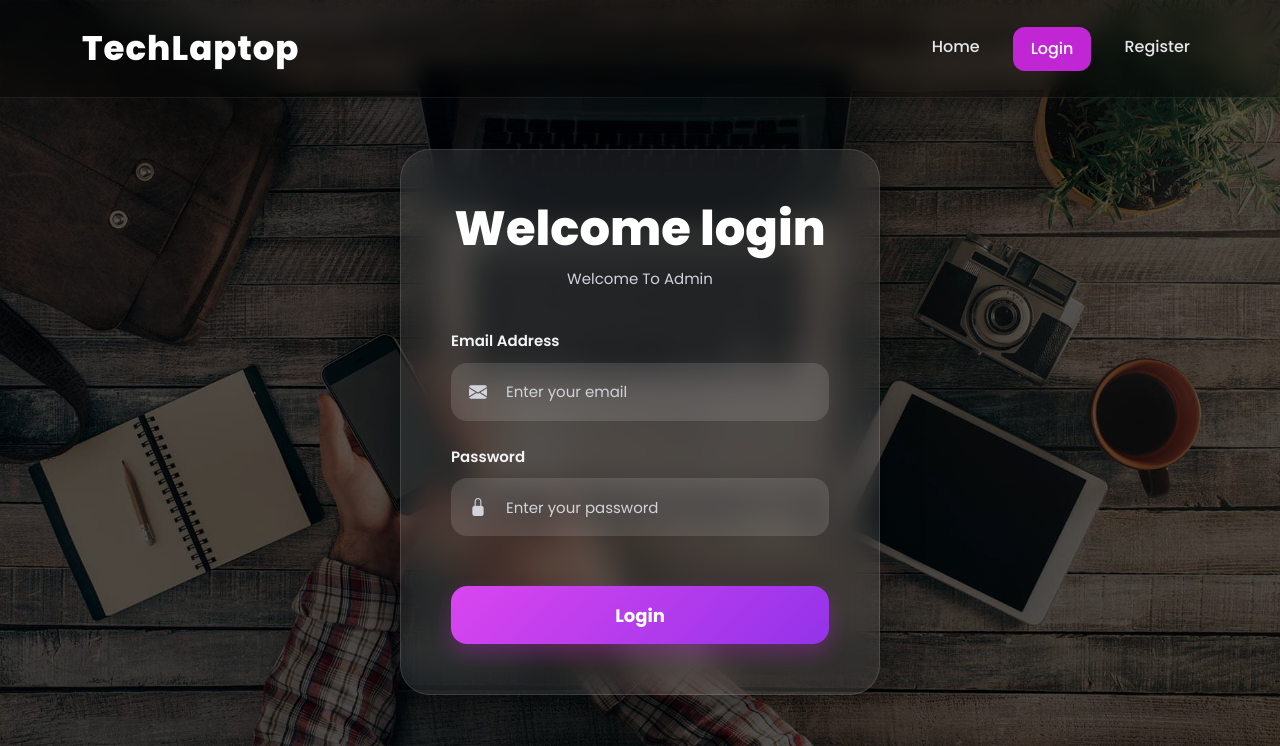
Repository: shiwamshete24-cmyk/eccomerce-laptop-website
Page: eccomerce laptop website/src/main/webapp/admin_login.html
The author's editor kept a copy of each file at every save. The page is drawn from the files as they stood at one save, then again after the next save.
The browser window is 1280 px wide. The pictures show the whole page.

Above is the page before, as saved 2026-05-27 15:22:11.

### eccomerce laptop website/src/main/webapp/admin_login.html
<!DOCTYPE html>
<html lang="en">

<head>

<meta charset="UTF-8">

<meta
name="viewport"
content="width=device-width, initial-scale=1.0">

<title>

	Login - TechLaptop

</title>

<!-- BOOTSTRAP -->

<link
href="https://cdn.jsdelivr.net/npm/bootstrap@5.3.2/dist/css/bootstrap.min.css"
rel="stylesheet">

<!-- ICONS -->

<link
rel="stylesheet"
href="https://cdn.jsdelivr.net/npm/bootstrap-icons@1.11.3/font/bootstrap-icons.css">

<!-- GOOGLE FONT -->

<link
href="https://fonts.googleapis.com/css2?family=Poppins:wght@300;400;500;600;700;800&display=swap"
rel="stylesheet">

<link href="css/admin_login.css" rel="stylesheet">

<style>

body{

	min-height:100vh;

	background:
	linear-gradient(
	rgba(0,0,0,0.65),
	rgba(0,0,0,0.65)
	),

	url("img/myimg3.jpg");

	background-size:cover;

	background-position:center;

	background-repeat:no-repeat;

	overflow-x:hidden;

}

</style>

</head>

<body>

<!-- NAVBAR -->

<nav class="navbar navbar-expand-lg navbar-dark">

	<div class="container-fluid">

		<a
		class="navbar-brand"
		href="index.html">

			TechLaptop

		</a>

		<button
		class="navbar-toggler"
		type="button"
		data-bs-toggle="collapse"
		data-bs-target="#menu">

			<span class="navbar-toggler-icon"></span>

		</button>

		<div
		class="collapse navbar-collapse"
		id="menu">

			<ul class="navbar-nav ms-auto">

				<li class="nav-item">

					<a
					class="nav-link"
					href="index.html">

						Home

					</a>

				</li>

				<li class="nav-item">

					<a
					class="nav-link active"
					href="login.html">

						Login

					</a>

				</li>

				<li class="nav-item">

					<a
					class="nav-link"
					href="register.html">

						Register

					</a>

				</li>

			</ul>

		</div>

	</div>

</nav>

<!-- LOGIN -->

<section class="login-wrapper">

	<div class="login-box">

		<h1>

			Welcome login

		</h1>

		<p>

			Welcome To Admin

		</p>

		<form
		method="post"
		action="Admin_login">

			<!-- EMAIL -->

			<div class="form-group">

				<label>

					Email Address

				</label>

				<div class="input-box">

					<i class="bi bi-envelope-fill"></i>

					<input
					type="email"
					name="email"
					placeholder="Enter your email"
					required>

				</div>

			</div>

			<!-- PASSWORD -->

			<div class="form-group">

				<label>

					Password

				</label>

				<div class="input-box">

					<i class="bi bi-lock-fill"></i>

					<input
					type="password"
					name="password"
					placeholder="Enter your password"
					required>

				</div>

			</div>

			<!-- OPTIONS -->

			<div class="options">



			</div>

			<!-- BUTTON -->

			<button
			type="submit"
			class="login-btn">

				Login

			</button>



		</form>

	</div>

</section>

<script
src="https://cdn.jsdelivr.net/npm/bootstrap@5.3.2/dist/js/bootstrap.bundle.min.js">
</script>

</body>

</html>

### eccomerce laptop website/src/main/webapp/css/admin_login.css
*{
	margin:0;
	padding:0;
	box-sizing:border-box;
	font-family:'Poppins',sans-serif;
}



/* =========================
   NAVBAR
========================= */

.navbar{

	padding:18px 70px;

	background:rgba(0,0,0,0.35);

	backdrop-filter:blur(10px);

	border-bottom:
	1px solid rgba(255,255,255,0.08);

}

.navbar-brand{

	font-size:34px;

	font-weight:800;

	color:white !important;

	letter-spacing:1px;

}

.navbar-nav .nav-link{

	color:#e5e7eb !important;

	font-size:16px;

	font-weight:500;

	margin-left:25px;

	transition:0.3s;

	position:relative;

}

.navbar-nav .nav-link:hover{

	color:#c026d3 !important;

}

.navbar-nav .active{

	background:#c026d3;

	padding:10px 18px !important;

	border-radius:12px;

	color:white !important;

}

/* =========================
   MAIN CONTAINER
========================= */

.login-wrapper{

	min-height:90vh;

	display:flex;

	align-items:center;

	justify-content:center;

	padding:40px;

}

/* =========================
   LOGIN BOX
========================= */

.login-box{

	width:100%;

	max-width:480px;

	background:
	rgba(255,255,255,0.08);

	backdrop-filter:blur(16px);

	border:
	1px solid rgba(255,255,255,0.12);

	border-radius:30px;

	padding:50px;

	box-shadow:
	0 10px 40px rgba(0,0,0,0.35);

	color:white;

	animation:fadeIn 0.8s ease;

}

/* =========================
   ANIMATION
========================= */

@keyframes fadeIn{

	from{

		opacity:0;

		transform:translateY(30px);

	}

	to{

		opacity:1;

		transform:translateY(0);

	}

}

/* =========================
   TEXT
========================= */

.login-box h1{

	font-size:48px;

	font-weight:800;

	margin-bottom:10px;

	text-align:center;

}

.login-box p{

	text-align:center;

	color:#d1d5db;

	margin-bottom:40px;

	font-size:15px;

}

/* =========================
   FORM
========================= */

.form-group{

	margin-bottom:25px;

}

.form-group label{

	display:block;

	margin-bottom:10px;

	font-size:15px;

	font-weight:600;

	color:#f3f4f6;

}

.input-box{

	position:relative;

}

.input-box i{

	position:absolute;

	left:18px;

	top:50%;

	transform:translateY(-50%);

	color:#d1d5db;

	font-size:18px;

}

.input-box input{

	width:100%;

	height:58px;

	background:
	rgba(255,255,255,0.12);

	border:none;

	outline:none;

	border-radius:16px;

	padding-left:55px;

	padding-right:15px;

	color:white;

	font-size:15px;

	transition:0.3s;

}

.input-box input::placeholder{

	color:#d1d5db;

}

.input-box input:focus{

	background:
	rgba(255,255,255,0.18);

	border:
	1px solid #c026d3;

}

/* =========================
   OPTIONS
========================= */

.options{

	display:flex;

	justify-content:flex-end;

	margin-bottom:25px;

}

.options a{

	color:#f3f4f6;

	text-decoration:none;

	font-size:14px;

	transition:0.3s;

}

.options a:hover{

	color:#c026d3;

}

/* =========================
   LOGIN BUTTON
========================= */

.login-btn{

	width:100%;

	height:58px;

	border:none;

	border-radius:16px;

	background:
	linear-gradient(
	135deg,
	#d946ef,
	#9333ea
	);

	color:white;

	font-size:18px;

	font-weight:700;

	transition:0.4s;

	box-shadow:
	0 10px 20px rgba(192,38,211,0.3);

}

.login-btn:hover{

	transform:translateY(-4px);

	box-shadow:
	0 15px 30px rgba(192,38,211,0.45);

}

/* =========================
   REGISTER
========================= */

.register-text{

	text-align:center;

	margin-top:30px;

	color:#e5e7eb;

	font-size:15px;

}

.register-text a{

	color:white;

	font-weight:700;

	text-decoration:none;

	transition:0.3s;

}

.register-text a:hover{

	color:#d946ef;

}

/* =========================
   MOBILE
========================= */

@media(max-width:768px){

	.navbar{

		padding:15px 25px;

	}

	.login-box{

		padding:35px 25px;

	}

	.login-box h1{

		font-size:38px;

	}

}

After the next save:
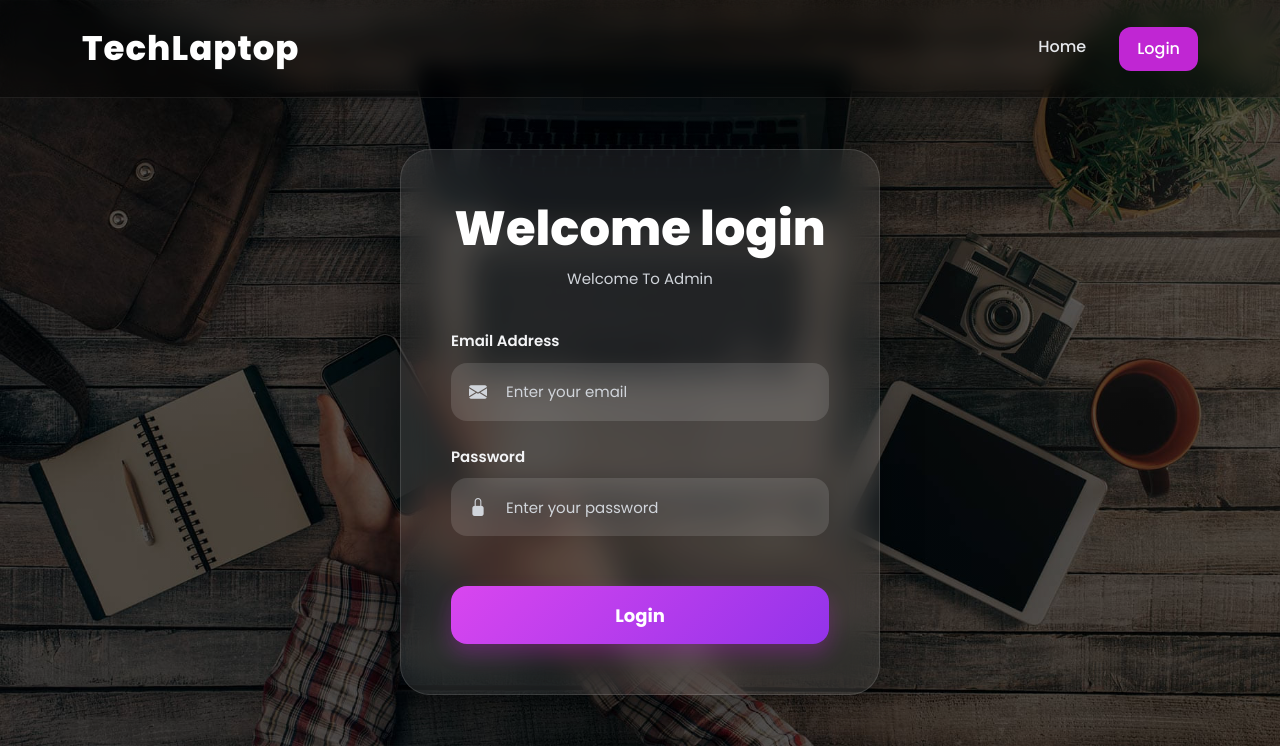
Saved 23 s later.
--- a/eccomerce laptop website/src/main/webapp/admin_login.html
+++ b/eccomerce laptop website/src/main/webapp/admin_login.html
@@ -119,17 +119,7 @@ body{
 
 				</li>
 
-				<li class="nav-item">
-
-					<a
-					class="nav-link"
-					href="register.html">
-
-						Register
-
-					</a>
-
-				</li>
+
 
 			</ul>
 
